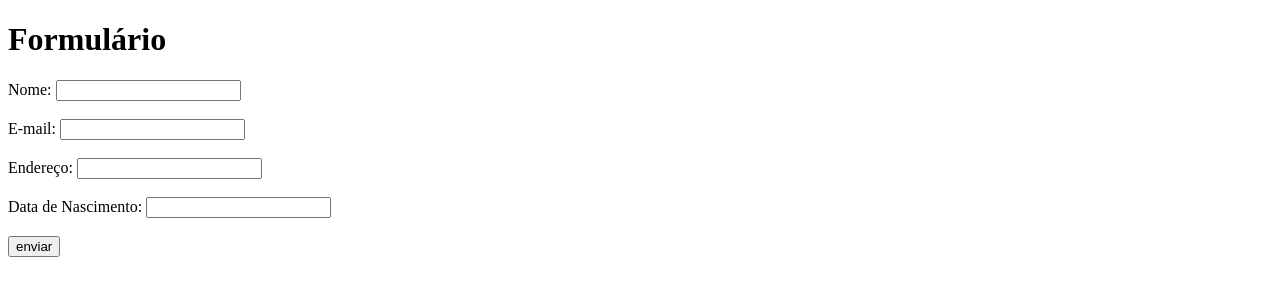
Repository: noceravictor/projetosbs
Page: fj21-agenda/WebContent/adiciona-contato.html
These files come from the project's save history. The page is drawn as it stood at one moment and after the next save; the edit follows.
The browser window is 1280 px wide. The pictures show the whole page.

Above is the page before, as saved 2019-03-19 12:55:58.

After the next save:
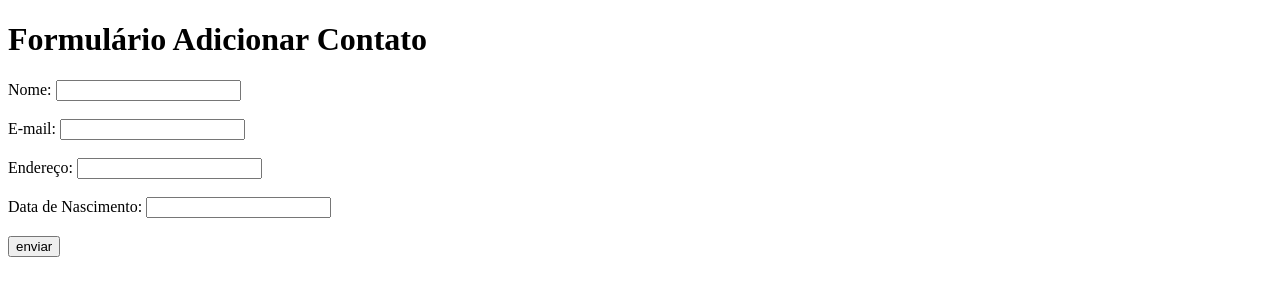
Saved 40 s later.
--- a/fj21-agenda/WebContent/adiciona-contato.html
+++ b/fj21-agenda/WebContent/adiciona-contato.html
@@ -4,10 +4,10 @@
     <meta charset="UTF-8">
     <meta name="viewport" content="width=device-width, initial-scale=1.0">
     <meta http-equiv="X-UA-Compatible" content="ie=edge">
-    <title>Formulário</title>
+    <title>Adiciona Contato</title>
 </head>
 <body>
-    <h1>Formulário</h1>
+    <h1>Formulário Adicionar Contato</h1>
     <form>
         Nome: <input type="text" name="nome" id="">
         <br>
